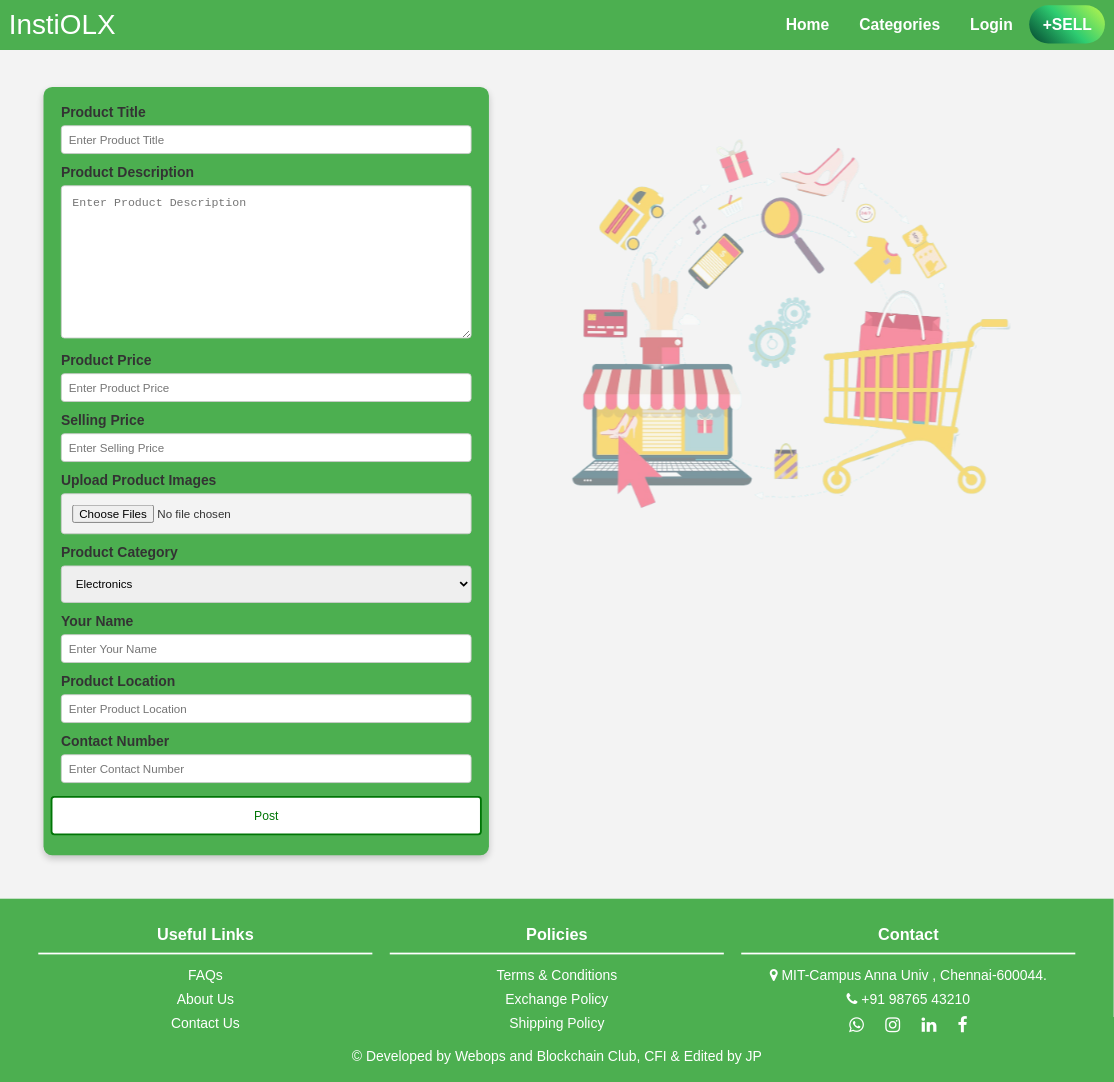
Repository: John-Prabu-A/web-dev-summer-school
Page: Session_1_Assignment/sell.html
An editor plug-in stored every save of this project. The page is shown before and after the next save, followed by the edit.
The browser window is 1280 px wide. The pictures show the whole page, at 87% of full size.
The pointer rests on the first visible `button`.

Above is the page before, as saved 2024-06-20 17:10:58.

### Session_1_Assignment/sell.html
<!DOCTYPE html>
<html lang="en">

<head>
    <meta charset="UTF-8">
    <meta name="viewport" content="width=device-width, initial-scale=1.0">
    <title>InstiOLX</title>
    <link rel="stylesheet" href="Styles.css">
    <link rel="stylesheet" href="https://cdnjs.cloudflare.com/ajax/libs/font-awesome/4.7.0/css/font-awesome.min.css">
    <link rel="stylesheet" href="sell-page.css">
</head>

<body>
    <header>
        <div id="logo">InstiOLX</div>
        <div class="navbar">
            <a href="/Session_1_Assignment/index.html">Home</a>
            <span class="nav-link">
                <a href="#">Categories</a>
                <a href="#">Login</a>
                <a href="/Session_1_Assignment/sell.html"
                    style="background:linear-gradient(45deg, #03442e, #2ECC71 , #BDF74B );text-align:center;border-radius:40px;">+SELL</a>
            </span>
        </div>
    </header>

    <img src="/Session_1_Assignment/sell-page-bg.png" alt="sell-page-image">
    <form action="" class="container" method="post">
        <label for="product-title"><b>Product Title</b></label>
        <input type="text" placeholder="Enter Product Title" name="product-title" required>

        <Lable for="product-description"><b>Product Description</b></Lable>
        <textarea name="product-description" id="product-description" cols="30" rows="10"
            placeholder="Enter Product Description" required></textarea>

        <label for="product-price"><b>Product Price</b></label>
        <input type="text" placeholder="Enter Product Price" name="product-price" required>

        <label for="selling-price"><b>Selling Price</b></label>
        <input type="text" placeholder="Enter Selling Price" name="selling-price" required>

        <!-- multiple photo upload -->
        <label for="product-image"><b>Upload Product Images</b></label>
        <input type="file" name="product-image" id="product-image" multiple required>

        <label for="product-category"><b>Product Category</b></label>
        <select name="product-category" id="product-category" required>
            <option value="electronics">Electronics</option>
            <option value="furniture">Furniture</option>
            <option value="vehicles">Vehicles</option>
            <option value="clothing">Clothing</option>
            <option value="books">Books</option>
            <option value="miscellaneous">Miscellaneous</option>
            <option value="other">Other</option>
        </select>

        <label for="seller-name"><b>Your Name</b></label>
        <input type="text" placeholder="Enter Your Name" name="seller-name" required>

        <label for="product-location"><b>Product Location</b></label>
        <input type="text" placeholder="Enter Product Location" name="product-location" required>

        <label for="product-contact"><b>Contact Number</b></label>
        <input type="text" placeholder="Enter Contact Number" name="product-contact" required>

        <button type="submit">Post</button>
    </form>
    <footer class="footer">
        <div class="footer-container">
            <div class="footer-column">
                <h3>Useful Links</h3>
                <ul>
                    <li><a href="#">FAQs</a></li>
                    <li><a href="#">About Us</a></li>
                    <li><a href="#">Contact Us</a></li>
                </ul>
            </div>
            <div class="footer-column">
                <h3>Policies</h3>
                <ul>
                    <li><a href="#">Terms & Conditions</a></li>
                    <li><a href="#">Exchange Policy</a></li>
                    <li><a href="#">Shipping Policy</a></li>
                </ul>
            </div>
            <div class="footer-column">
                <h3>Contact</h3>
                <p><i class="fa fa-map-marker"></i> MIT-Campus Anna Univ , Chennai-600044.</p>
                <p><i class="fa fa-phone"></i> +91 98765 43210</p>
                <div class="social-icons">
                    <a href="#" class="fa fa-whatsapp"></a>
                    <a href="#" class="fa fa-instagram"></a>
                    <a href="#" class="fa fa-linkedin"></a>
                    <a href="#" class="fa fa-facebook"></a>
                </div>
            </div>
            © Developed by Webops and Blockchain Club, CFI & Edited by JP
        </div>
    </footer>
</body>

</html>

### Session_1_Assignment/Styles.css
* {
    box-sizing: border-box;
    margin: 0;
    padding: 0;
}

body {
    font-family: 'Gill Sans', 'Gill Sans MT', Calibri, 'Trebuchet MS', sans-serif;
    background-color: white;
    color: #333;
}

header{
    background-color: #4CAF50;
    color: white;
    padding: 10px;
    display: flex;
    justify-content: space-between;
    align-items: center;
    position: fixed;
    width: 100%;
    z-index: 100;
  }
  header #logo {
    font-size: 2em;
  }

  header .navbar a{
    color: white;
    font-weight: bold;
    font-size: 18px;
    padding: 12px 15px;
    text-decoration: none;
  }
  header .navbar a:hover{
    background-color: #45a049;
  }
.banner {
    position: relative;
    padding: 60px 0 0 0;
}

.banner img {
    width: 100%;
}

.search-bar {
    margin: 20px;
    display: flex;
    justify-content: center;
}

.search-bar input[type="text"] {
    width: 300px;
    padding: 10px;
    border: 2px solid #4CAF50;
    border-radius: 5px 0 0 5px;
    border-right: 0;
    outline: none;             /*On starting to type it creates balck border by default,so to avoid it v use this*/
}

.search-bar button {
    padding: 10px 20px;
    border: 2px solid #4CAF50;
    border-left: 0;
    background-color: #4CAF50;
    color: white;
    cursor: pointer;
    border-radius: 0 5px 5px 0;
}

.search-bar button:hover {
    background-color: #45a049;
}

.slideshow-container {
    display: flex;
    justify-content: center;
    gap: 50px;
    flex-wrap: wrap;
}

.slideshow {
    position: relative;
    width: 350px;
    height: 350px;
    overflow: hidden;
    border-radius: 20px;
    border: 2px solid #ddd;
    box-shadow: 0 0 10px rgba(0, 0, 0, 0.1);
}

.slideshow-image {
    position: absolute;
    width: 100%;
    height: 100%;
    background-size: cover;
    opacity: 0;
    animation-iteration-count: infinite;
}

.image1 { background-image: url('https://encrypted-tbn0.gstatic.com/images?q=tbn:ANd9GcQVwGVsuaL7RGKo6A_Sqq83s5_6XYFMhHsjug&s');
          animation-name: fade1;
          animation-duration: 4s; }
.image2 { background-image: url('https://5.imimg.com/data5/WS/NI/FV/SELLER-11710265/mad-maxx-bicycles-avengers-single-kids-cycle-500x500.jpg');
          animation-name: fade2;
          animation-duration: 4s; }
.image3 { background-image: url('https://5.imimg.com/data5/SELLER/Default/2022/7/YX/MH/UK/153492086/pulsar-150cc-twin-disk-500x500.png');
          animation-name: fade3;
          animation-duration: 4s; }
.image4 { background-image: url('https://cpimg.tistatic.com/07673503/b/4/Toyota-Innova-Crysta.jpg');
          animation-name: fade1;
          animation-duration: 4s; }
.image5 { background-image: url('https://tiimg.tistatic.com/fp/1/007/862/most-advanced-modern-premium-lg-7-kg-front-fully-automatic-washing-machine-255.jpg');
          animation-name: fade2;
          animation-duration: 4s; }
.image6 { background-image: url('https://5.imimg.com/data5/SELLER/Default/2022/3/MI/KE/UL/19250422/whirlpool-1-0-ton-3-star-inverter-split-ac-500x500.jpg');
          animation-name: fade3;
          animation-duration: 4s; }
.image7 { background-image: url('https://5.imimg.com/data5/SELLER/Default/2021/8/HZ/XR/AC/8962391/household-vacuum-cleaner-500x500.jpg');
          animation-name: fade1;
          animation-duration: 4s; }
.image8 { background-image: url('https://static.nbastore.in/resized/500X500/50/nba-authentic-series-indoor-outdoor-basketball-size-7-brown-65146fd7e6af2.jpg');
          animation-name: fade2;
          animation-duration: 4s; }
.image9 { background-image: url('https://m.media-amazon.com/images/I/61KOc8c4xQL._SL1200_.jpg');
          animation-name: fade3;
          animation-duration: 4s; }

@keyframes fade1 {
    0%, 33.33% { opacity: 1; }
    33.34%, 100% { opacity: 0; }
}
@keyframes fade2 {
    0%, 33.33% { opacity: 0; }
    33.34%, 66.66% { opacity: 1; }
    66.67%, 100% { opacity: 0; }
}
@keyframes fade3 {
    0%, 66.66% { opacity: 0; }
    66.67%, 100% { opacity: 1; }
}

.container {
    position: relative;
    max-width: 100%;
  }

    .image {
        opacity: 1;
        display: block;
        width: 100%;
        height: auto;
    }

  .middle {
    opacity: 0;
    width: 80%;
    position: absolute;
    top: 50%;
    left: 50%;
    transform: translate(-50%, -50%);
    text-align: center;
  }
  .text {
    color: #4CAF50;
    font-size: 16px;
    padding: 16px 32px;
  }
  .container:hover .image {
    opacity: 0.3;
  }

  .container:hover .middle {
    opacity: 1;
  }


.product-listings {
    display: flex;
    flex-wrap: wrap;
    justify-content: center;
    margin: 20px;
    border: 5px solid #4CAF50;
    border-radius: 15px;
    padding: 25px;
}

.product {
    background-color: white;
    border: 2px solid #e0e0e0;
    border-radius: 10px;
    margin: 30px;
    padding: 15px;
    width: 220px;
    text-align: center;
    transition: transform 0.5s, box-shadow 0.3s;
}

.product:hover {
    box-shadow: 0 4px 8px rgba(0, 0, 0, 0.2);
    transform: scale(1.05);
}

.product img {
    max-width: 100%;
    border-bottom: 1px solid #e0e0e0;
    margin-bottom: 10px;
}

.product-info h2 {
    font-size: 1.2em;
    margin-bottom: 10px;
    color: #4CAF50;
}

.product-info p {
    font-size: 1em;
    color: #777;
}

.footer {
    background-color: #4CAF50;
    color: white;
    text-align: center;
    padding: 20px 0;
    margin-top: 40px;
}

.footer-container {
    display: flex;
    flex-wrap: wrap;
    justify-content: center;
}

.footer-column {
    width: 30%;
    margin: 10px;
}

.footer-column h3 {
    border-bottom: 2px solid #fff;
    padding-bottom: 10px;
    margin-bottom: 15px;
}

.footer-column ul {
    list-style-type: none;
}

.footer-column ul li {
    margin: 10px ;
}

.footer-column ul li a {
    color: white;
    text-decoration: none;
}

.footer-column p {
    margin-top: 10px;
}

.footer-column .social-icons {
    margin-top: 10px;
}

.footer-column .social-icons a {
    color: white;
    text-decoration: none;
    margin: 0 10px;
    font-size: 20px;
}


@media screen and (max-width: 780px) {

    .slideshow-container {
        flex-direction: column;
        gap: 20px;
    }

    .slideshow {
        margin:auto;
    }

    .nav-link {
        display: none;
    }

    .middle {
        display: none;
    }

    .product {
        width: 100%;
    }
    .product-listings {
        margin: 10px;
    }
    .footer-column {
        width: 100%;
    }
    .footer-column ul {
        text-align: center;
    }
    .footer-column .social-icons {
        text-align: center;
    }
    .footer-column .social-icons a {
        margin: 0 5px;
    }
}

### Session_1_Assignment/sell-page.css
body {
    font-family: Arial, Helvetica, sans-serif;
    background-color: #f3f3f3;
}

img {
    display: block;
    position: fixed;
    right: 0;
    top: 15%;
    padding: 16px;
    width: 60%;
    height: auto;
    z-index: -1;
    box-sizing: border-box;
    opacity: 0.5;
    transition: opacity 0.2s ease-out;
}

.sticky-container {
    position: -webkit-sticky;
    position: sticky;
    top: 0;
    height: 100px;
}

.container {
    display: block;
    position: relative;
    top: 100px;
    padding: 16px;
    margin: 0 20px 150px 50px;
    background-color: #4CAF50;
    padding: 20px;
    width: 40%;
    border-radius: 10px;
    box-shadow: 0 4px 8px 0 rgba(0, 0, 0, 0.2);
}

input[type=text],
select,
textarea {
    width: 100%;
    padding: 8px;
    border: 1px solid #ccc;
    border-radius: 4px;
    box-sizing: border-box;
    margin-top: 6px;
    margin-bottom: 12px;
    resize: vertical;
}

button {
    background-color: #007506;
    color: white;
    padding: 12px 20px;
    margin: 4px 0;
    border: none;
    border-radius: 4px;
    cursor: pointer;
    width: 100%;
}

button:hover {
    background-color: #fff;
    color: #007506;
    border: 2px solid #007506;
    transform: scale(1.05);
    transition: 0.3s;
}

.container label {
    font-weight: bold;
}

.container select {
    width: 100%;
    padding: 12px;
    border: 1px solid #ccc;
    border-radius: 4px;
    box-sizing: border-box;
    margin-top: 6px;
    margin-bottom: 12px;
    resize: vertical;
}

.container textarea {
    width: 100%;
    padding: 12px;
    border: 1px solid #ccc;
    border-radius: 4px;
    box-sizing: border-box;
    margin-top: 6px;
    margin-bottom: 12px;
    resize: vertical;
}

.container input[type=file] {
    width: 100%;
    padding: 12px;
    border: 1px solid #ccc;
    background-color: #f3f3f3;
    border-radius: 4px;
    box-sizing: border-box;
    margin-top: 6px;
    margin-bottom: 12px;
    resize: vertical;
}

@media (max-width: 768px) {
    .product-listings {
        margin: 10px;
    }

    .product {
        margin: 10px;
    }

    img {
        width: 100%;
        margin: 0 auto;
        top: 50px;
        display: block;
        position: relative;
    }

    .container {
        width: 80dvw;
        margin-top: 0px;
        top: 0;
    }

    .footer-column {
        width: 100%;
    }
}

After the next save:
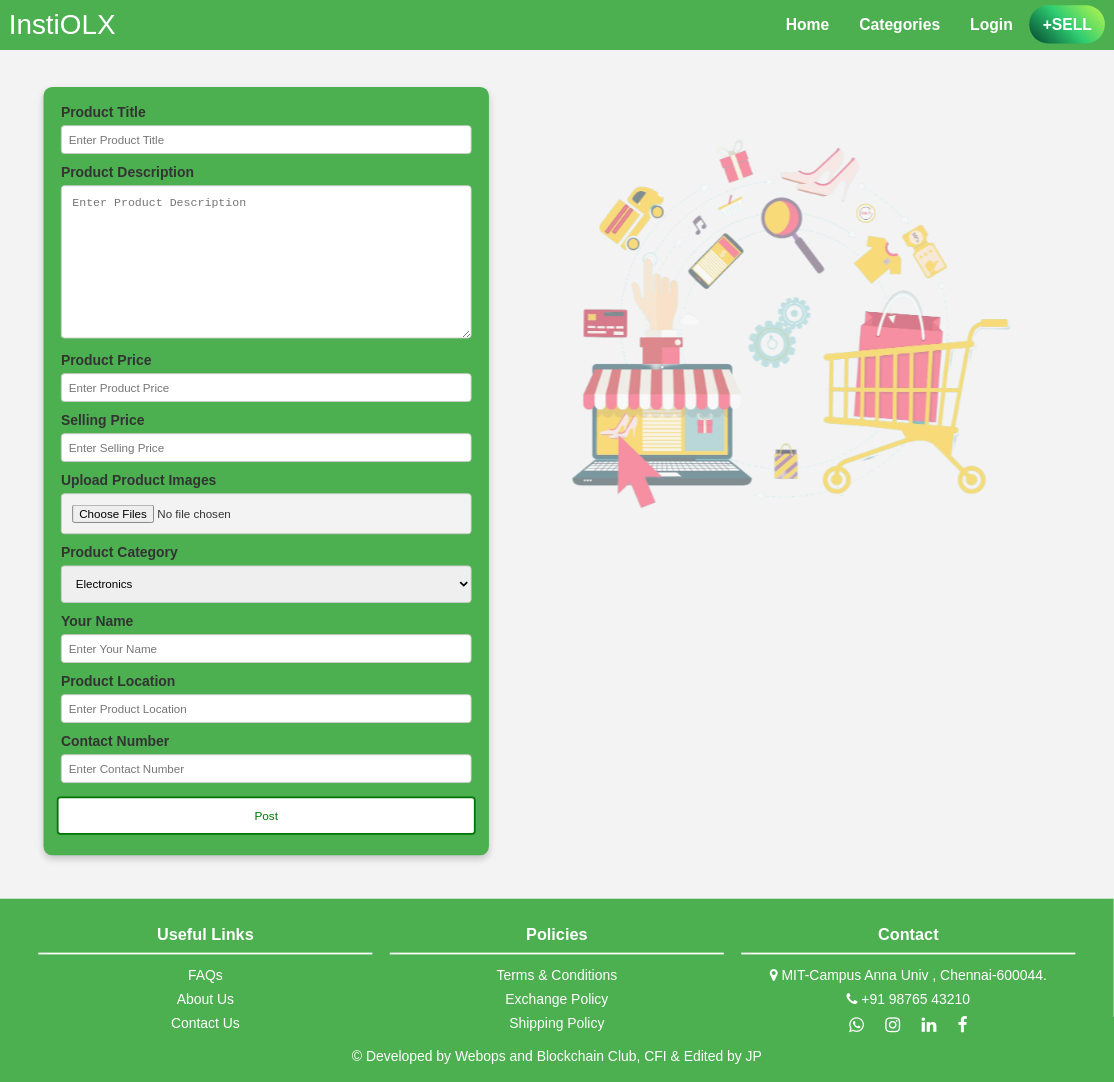
Saved 16 s later.
--- a/Session_1_Assignment/sell-page.css
+++ b/Session_1_Assignment/sell-page.css
@@ -65,8 +65,8 @@ button:hover {
     background-color: #fff;
     color: #007506;
     border: 2px solid #007506;
-    transform: scale(1.05);
-    transition: 0.3s;
+    transform: scale(1.02);
+    transition: 0.5s;
 }
 
 .container label {
